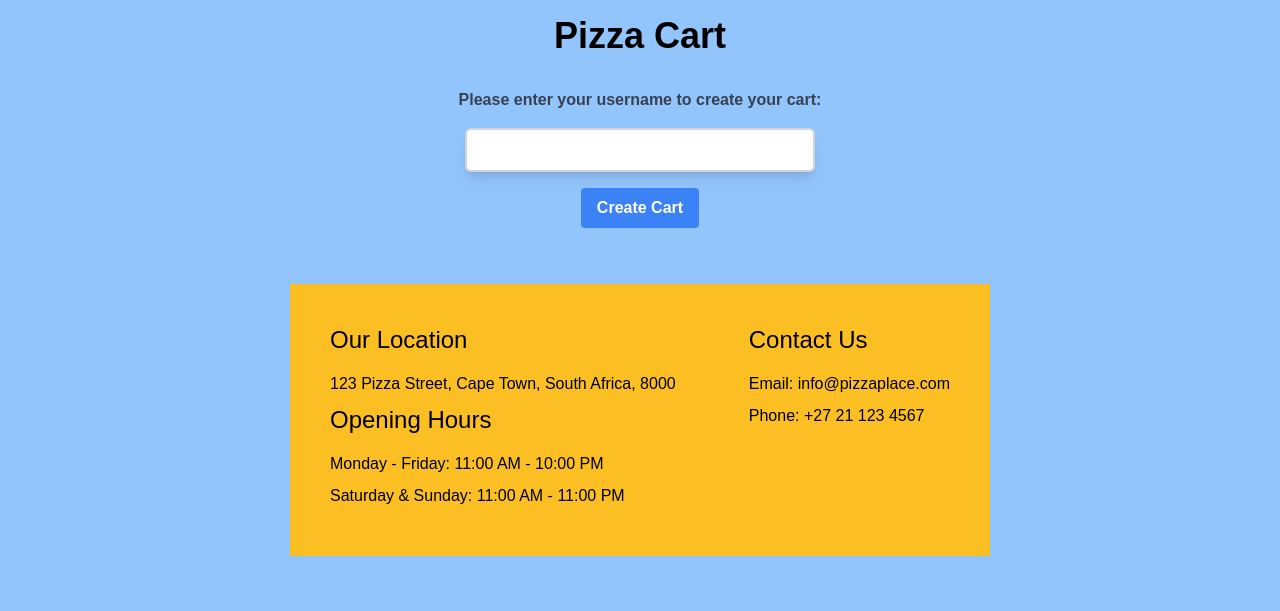
Repository: lasity34/pizza-cart-with-api
Page: index.html
These files come from the project's save history. The page is drawn as it stood at one moment and after the next save; the edit follows.
The browser window is 1280 px wide. The pictures show the whole page.
The page's requests for data from a server got no answer. Some web fonts or font styles are not loaded; a fallback is used. Some web libraries are served in a nearby version.

Above is the page before, as saved 2023-07-16 21:02:15.
Console error (its wording comes from the project's code and is left out).

### index.html
<!DOCTYPE html>
<html lang="en">
  <head>
    <meta charset="UTF-8" />
    <meta name="viewport" content="width=device-width, initial-scale=1.0" />
    <title>Pizza Cart</title>
    <script src="//unpkg.com/alpinejs" defer></script>
    <link
      href="https://cdn.jsdelivr.net/npm/tailwindcss@2.1.2/dist/tailwind.min.css"
      rel="stylesheet"
    />
    <script
      src="https://cdnjs.cloudflare.com/ajax/libs/axios/1.4.0/axios.min.js"
      integrity="sha512-uMtXmF28A2Ab/JJO2t/vYhlaa/3ahUOgj1Zf27M5rOo8/+fcTUVH0/E0ll68njmjrLqOBjXM3V9NiPFL5ywWPQ=="
      crossorigin="anonymous"
      referrerpolicy="no-referrer"
    ></script>
    <link href="./style.css" rel="stylesheet" />
    <link rel="preconnect" href="https://fonts.googleapis.com" />
    <link rel="preconnect" href="https://fonts.gstatic.com" crossorigin />
    <link
      href="https://fonts.googleapis.com/css2?family=Titillium+Web:ital@0;1&family=Tsukimi+Rounded:wght@300;400;500&display=swap"
      rel="stylesheet"
    />
  </head>
  <body x-data="pizzaCart" class="bg-blue-300" x-cloak>

    <section class="flex justify-center items-center">
      <h1 class="text-4xl pt-4 font-bold">Pizza Cart</h1>
      <p x-text="cartId"></p>
    </section>

    <section class="flex flex-col items-center mt-8 pb-4">
      <h3 class="text-md font-semibold mb-2 text-center text-gray-700">Please enter your username to create your cart:</h3>
      <input type="text" x-model="usernameInput" class="w-1/2 mt-2 p-2 rounded-md border-2 border-gray-300 shadow-lg focus:outline-none focus:ring-2 focus:ring-blue-600" />
      <button class="mt-4 bg-blue-500 hover:bg-blue-700 text-white font-bold py-2 px-4 rounded" @click="login()">Create Cart</button>

      <p x-text="usernameMessage"></p>
    </section>


    <section  x-show=" cartTotal > 0 "
  class="shop-container my-3 sm:my-4 p-4 sm:p-5 flex flex-col text-xs sm:text-sm justify-center items-center"
>
  <h2 class="text-xl sm:text-2xl mb-2 font-bold">Shopping Cart</h2>
  <div class="mt-4 flex flex-col items-center">
    <div>
        <section class="mt-6">
            <table class="table-auto w-full rounded-lg overflow-hidden shadow-lg max-w-md mx-auto">
                <thead class="bg-red-600">
                    <tr>
                        <th class="px-2 sm:px-3 py-1 text-left text-xs sm:text-sm font-bold font-medium text-white uppercase tracking-wider">Flavour</th>
                        <th class="px-2 sm:px-3 py-1 text-left text-xs sm:text-sm font-medium text-white uppercase tracking-wider">Size</th>
                        <th class="px-2 sm:px-3 py-1 text-left text-xs sm:text-sm font-medium text-white uppercase tracking-wider">Quantity</th>
                        <th class="px-2 sm:px-3 py-1 text-left text-xs sm:text-sm font-medium text-white uppercase tracking-wider">Price</th>
                        <th class="px-2 sm:px-3 py-1 text-left text-xs sm:text-sm font-medium text-white uppercase tracking-wider">Total</th>
                    </tr>
                </thead>
                <tbody class="bg-yellow-100 divide-y divide-gray-200 overflow-auto max-h-48 sm:max-h-56">

                    <template x-for="pizza in cartPizzas">
                        <tr>
                          <td class="px-1 sm:px-2 py-1 whitespace-nowrap font-bold text-xs sm:text-sm text-gray-500" x-text="pizza.flavour"></td>

                            <td class="px-2 sm:px-3 py-1 whitespace-nowrap font-bold text-xs sm:text-sm text-gray-500" x-text="pizza.size"></td>
                            <td class="px-2 sm:px-3 py-1 whitespace-nowrap font-bold text-xs sm:text-sm text-gray-500">
                                <div class="flex items-center justify-center">
                                    <button
                                        @click="addPizzaToCart(pizza.id)"
                                        class="bg-gray-200 hover:bg-gray-300 text-gray-800 font-bold py-1 px-2 sm:px-3 rounded-l"
                                    >
                                        +
                                    </button>
                                    <div x-text="pizza.qty" class="mx-1 sm:mx-2"></div>
                                    <button
                                        @click="removePizzaFromCart(pizza.id)"
                                        class="bg-gray-200 hover:bg-gray-300 text-gray-800 font-bold py-1 px-2 sm:px-3 rounded-r"
                                    >
                                        -
                                    </button>
                                </div>
                            </td>
                            <td class="px-2 sm:px-3 py-1 whitespace-nowrap text-xs sm:text-sm font-bold text-gray-500">
                                R<span x-text="pizza.price"></span>
                            </td>
                            <td class="px-2 sm:px-3 py-1 whitespace-nowrap text-xs sm:text-sm font-bold text-gray-500">
                                R<span x-text="(pizza.qty * pizza.price).toFixed(2)"></span>
                            </td>
                        </tr>
                    </template>
                </tbody>
            </table>
        </section>
    </div>
    <div class="flex justify-center mt-2 sm:mt-4">
      <p class="font-bold">Total Cost</p>
      <p class="ml-3 sm:ml-5 font-bold">
        R<span x-text="(cartTotal).toFixed(2)">0.00</span>
      </p>
    </div>
    <div class="mt-2 sm:mt-4">
      <span x-text="message"></span>
    </div>

    <div class="mt-2 sm:mt-4"  x-cloak>
      <label class="font-bold">Payment Amount:</label>
      <input
        placeholder="Enter payment here"
        type="number"
        step="0.01"
        class="rounded ml-1 sm:ml-2 py-1 sm:py-2"
        x-model="paymentAmount"
      />
    </div>
    <div class="mt-3 sm:mt-6">
      <button
        x-cloak
        @click="payForCart()"
        class="bg-gray-300 hover:bg-gray-400 py-1 sm:py-2 px-4 sm:px-8 rounded font-bold"
      >
        <span>Pay</span>
      </button>
    </div>
  </div>
</section>




    <section x-show="cartId" class="pizza_columns mt-8">
      <div
        class="flex flex-col gap-4 mx-auto items-center lg:items-stretch lg:flex-row justify-center"
      >
        <div
          class="flex bg-blue-500 rounded p-4 w-4/5 lg:w-4/5 flex-grow flex-shrink flex flex-col justify-between text-black items-center"
        >
          <div class="flex-grow flex flex-col items-center justify-center">
            <img src="./pizza.png" width="50" />
            <h3 class="mb-2 font-bold">Small Pizza</h3>
            <h3 class="mb-2 font-bold">R27.99</h3>
            <p class="mb-4">
              A petite treat, this pizza packs a punch. Tangy pepperoni, earthy
              mushrooms, and melted mozzarella on our homemade dough. 8" of
              perfection.
            </p>
          </div>
          <button
            @click=""

            class="bg-gray-300 hover:bg-gray-400 transition-colors duration-300 py-2 px-4 rounded font-bold"
          >
            Buy
          </button>
        </div>
        <div
          class="pizza_md bg-green-500 rounded p-4 w-4/5 lg:w-4/5 flex-grow flex-shrink flex flex-col justify-between text-black items-center"
        >
          <div class="flex-grow flex flex-col items-center justify-center">
            <img src="./pizza.png" width="70" />
            <h3 class="mb-2 font-bold">Medium Pizza</h3>
            <h3 class="mb-2 font-bold">R57.99</h3>
            <p class="mb-4">
              Enjoy more with our 12" pizza. Savory pepperoni, sautéed
              mushrooms, and gooey mozzarella atop our golden-brown, hand-tossed
              dough.
            </p>
          </div>
          <button
            @click=""

            class="bg-gray-300 hover:bg-gray-400 transition-colors duration-300 py-2 px-4 rounded font-bold"
          >
            Buy
          </button>
        </div>
        <div
          class="pizza_lg bg-red-500 rounded p-4 w-4/5 lg:w-4/5 flex-grow flex-shrink flex flex-col justify-between text-black items-center"
        >
          <div class="flex-grow flex flex-col items-center justify-center">
            <img src="./pizza.png" width="100" />
            <h3 class="mb-2 font-bold">Large Pizza</h3>
            <h3 class="mb-2 font-bold">R87.99</h3>
            <p class="mb-4">
              Go big with our 16" pizza. Layered with spicy pepperoni, juicy
              mushrooms, and bubbling mozzarella. Perfect for sharing or
              satisfying the largest of appetites.
            </p>
          </div>
          <button
            @click=""

            class="bg-gray-300 hover:bg-gray-400 transition-colors duration-300 py-2 px-4 rounded font-bold"
          >
            Buy
          </button>
        </div>
      </div>
    </section>
    <!-- all pizzas display -->
    <section class="mt-8" x-show="cartId">
        <div class="flex flex-col items-center">
            <template x-for="pizza in pizzas">
                <div class="flex items-center border-b border-gray-200 bg-yellow-200 shadow-lg rounded-lg px-4 py-4 my-3 w-full max-w-xl">
                    <div class="w-24 h-24 flex-shrink-0">
                        <img src="./pizza.png" class="w-full h-full object-cover rounded-lg" />
                    </div>
                    <div class="ml-4 flex-grow flex justify-between w-3/4 items-center">
                        <h5 class="ml-2 text-lg font-bold text-black" x-text="pizza.flavour"></h5>
                        <p class="text-lg text-black mt-5 mb-4 mr-6 font-bold">R<span x-text="pizza.price"></span></p>
                    </div>
                    <div>
                        <button @click="addPizzaToCart(pizza.id, pizza.flavour)" class="bg-gray-600 hover:bg-gray-700 text-white font-bold py-2 px-4 rounded">Buy</button>
                    </div>
                </div>
            </template>
        </div>
    </section>



    <footer class="bg-yellow-400 text-black mt-10 p-10">
      <div class="container mx-auto flex justify-between">
        <div>
          <h2 class="text-2xl mb-4">Our Location</h2>
          <p class="mb-2">123 Pizza Street, Cape Town, South Africa, 8000</p>

          <h2 class="text-2xl mb-4">Opening Hours</h2>
          <p class="mb-2">Monday - Friday: 11:00 AM - 10:00 PM</p>
          <p class="mb-2">Saturday & Sunday: 11:00 AM - 11:00 PM</p>
        </div>
        <div>
          <h2 class="text-2xl mb-4">Contact Us</h2>
          <p class="mb-2">Email: info@pizzaplace.com</p>
          <p class="mb-2">Phone: +27 21 123 4567</p>
        </div>
      </div>
    </footer>

    <div
    x-show="show"
    x-transition:enter="transition ease-out duration-300"
    x-transition:enter-start="opacity-0"
    x-transition:enter-end="opacity-100"
    x-transition:leave="transition ease-in duration-300"
    x-transition:leave-start="opacity-100"
    x-transition:leave-end="opacity-0"
    class="fixed inset-0 bg-black bg-opacity-50"
    @click="show = false"
  ></div>
  <div
    x-show="show"
    x-transition:enter="transition ease-out duration-300"
    x-transition:enter-start="opacity-0 transform scale-90"
    x-transition:enter-end="opacity-100 transform scale-100"
    x-transition:leave="transition ease-in duration-300"
    x-transition:leave-start="opacity-100 transform scale-100"
    x-transition:leave-end="opacity-0 transform scale-90"
    class="fixed inset-0 flex items-center justify-center z-50"
  >
    <div class="bg-green-700 text-white text-2xl rounded p-5 shadow-lg">
      <p x-text="message"></p>
    </div>
  </div>


    <script src="./pizza.js"></script>
  </body>
</html>

### style.css

body {
    max-width: 700px;
    margin: 0 auto;

font-family: 'Tsukimi Rounded', sans-serif;
}

.shop-container {
    background-color: rgb(205, 190, 50);
    max-width: 95%;
    margin: 1em auto;
}

input::-webkit-outer-spin-button,
input::-webkit-inner-spin-button {
  -webkit-appearance: none;
  margin: 0;
}

input[type="number"] {
  -moz-appearance: textfield;
 text-indent: 10px;
}

[x-cloak] { display: none; }

### pizza.js
function pizzaCart() {
  return {
    quantity: 0,
    paymentAmount: 0,
    message: "",
    username: "",
    usernameInput: '',
    usernameMessage: '',
    show: false,
    lastMessageAdded: "",
    pizzas: [],
    cartPizzas: [],
    cartId: "",
    cartTotal: 0.0,
    toggleModal() {
      this.show = !this.show;
      if (this.show) {
        setTimeout(() => {
          this.show = false;
        }, 2000); // Close after 2 seconds
      }
    },

    // API

    login() {
      if (this.usernameInput.length < 2) {
        this.usernameMessage = 'Username too Short';
        setTimeout(() => {
            this.usernameMessage = '';
        }, 2000); // Close after 2 seconds
      } else {
        this.username = this.usernameInput
        this.usernameInput = ''
        this.usernameMessage =  `🛒Welcome + ${ this.username}🛒`;
        // Store username in the localStorage
        localStorage.setItem("username", this.username);
        setTimeout(() => {
          this.usernameMessage = '';
      }, 2000); // Close after 2 seconds
        this.createCart();
      }
    },


    createCart() {
      return new Promise((resolve, reject) => {
        if (!this.username) {
          reject();
          return;
        }

        const cartid = localStorage["cartId"];
        const createCartURL = `https://pizza-api.projectcodex.net/api/pizza-cart/create?username=${this.username}`;

        if (cartid) {
          this.cartId = cartid;
          resolve();
        } else {
          axios.get(createCartURL).then((result) => {
            this.cartId = result.data.cart_code;
            localStorage["cartId"] = this.cartId;
            resolve();
          });
        }
      });
    },

    getCart() {
      const getCartURL = `https://pizza-api.projectcodex.net/api/pizza-cart/${this.cartId}/get`;
      return axios.get(getCartURL);
    },

    addPizza(pizzaId) {
      return axios.post(
        "https://pizza-api.projectcodex.net/api/pizza-cart/add",
        {
          cart_code: this.cartId,
          pizza_id: pizzaId,
        }
      );
    },
    removePizza(pizzaId) {
      return axios.post(
        "https://pizza-api.projectcodex.net/api/pizza-cart/remove",
        {
          cart_code: this.cartId,
          pizza_id: pizzaId,
        }
      );
    },
    pay(amount) {
      return axios.post(
        "https://pizza-api.projectcodex.net/api/pizza-cart/pay",
        {
          cart_code: this.cartId,
          amount,
        }
      );
    },
    showCartData() {
      this.getCart().then((result) => {
        const cartData = result.data;
        this.cartPizzas = cartData.pizzas;
        this.cartTotal = cartData.total;
      });
    },
    async init() {
      axios
        .get("https://pizza-api.projectcodex.net/api/pizzas")
        .then((result) => {
          this.pizzas = result.data.pizzas;
        });

        const storedUsername = localStorage.getItem("username");
        if (storedUsername) {
          this.username = storedUsername;
        }

        await this.createCart()

      this.showCartData();
    },
    addPizzaToCart(pizzaId, pizzaFlavor) {
      this.addPizza(pizzaId).then(() => {
        this.message = `${pizzaFlavor} has been added`
        this.toggleModal()
        this.showCartData();
      });
    },
    removePizzaFromCart(pizzaId) {
      this.removePizza(pizzaId).then(() => {
        this.showCartData();
      });
    },
    payForCart() {
      this.pay(this.paymentAmount).then((result) => {
        if (result.data.status === "failure") {
          this.message = result.data.message;
          setTimeout(() => (this.message = ""), 3000);
        } else {
          this.message = "Payment Received";

          setTimeout(() => {
            this.message = "";
            this.cartPizzas = [];
            this.cartTotal = 0.0;
            this.cartId = "";
            localStorage.removeItem('username');
            localStorage.removeItem('cartId');
            this.paymentAmount = 0;

          }, 3000);
        }
      });
    },
  };
}

document.addEventListener("alpine:init", () => {
  Alpine.data("pizzaCart", pizzaCart);
});

After the next save:
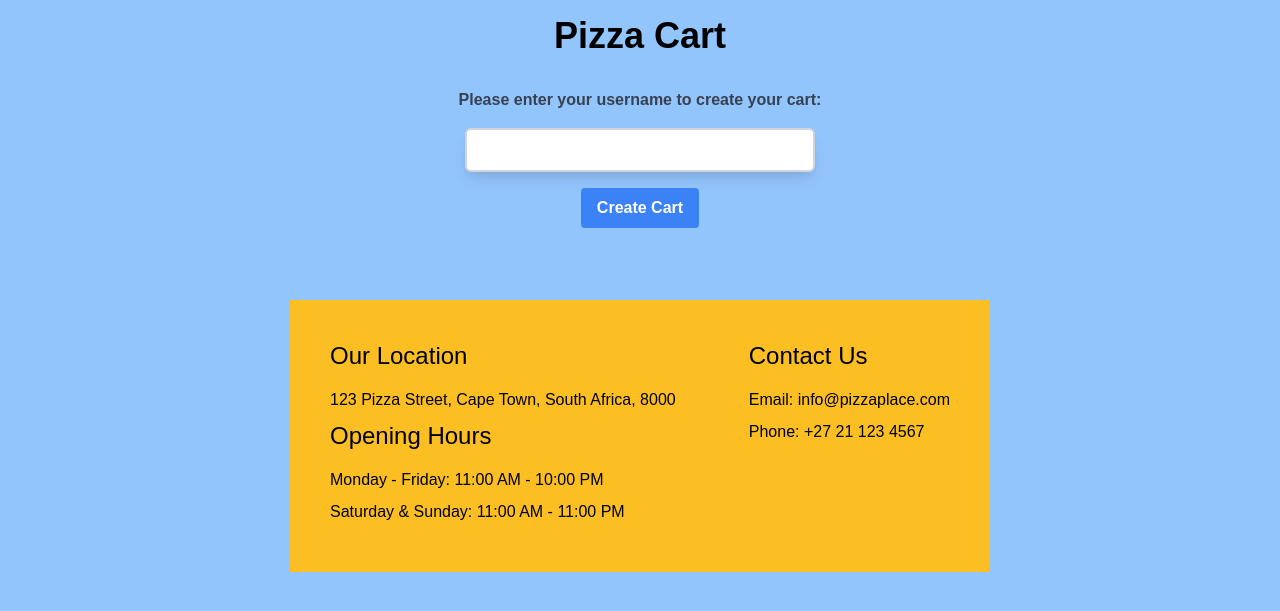
Saved 109 s later.
--- a/index.html
+++ b/index.html
@@ -35,7 +35,8 @@
       <input type="text" x-model="usernameInput" class="w-1/2 mt-2 p-2 rounded-md border-2 border-gray-300 shadow-lg focus:outline-none focus:ring-2 focus:ring-blue-600" />
       <button class="mt-4 bg-blue-500 hover:bg-blue-700 text-white font-bold py-2 px-4 rounded" @click="login()">Create Cart</button>
 
-      <p x-text="usernameMessage"></p>
+      <p x-text="usernameMessage" class="mt-4 text-lg font-bold text-blue-600"></p>
+
     </section>
 
 
